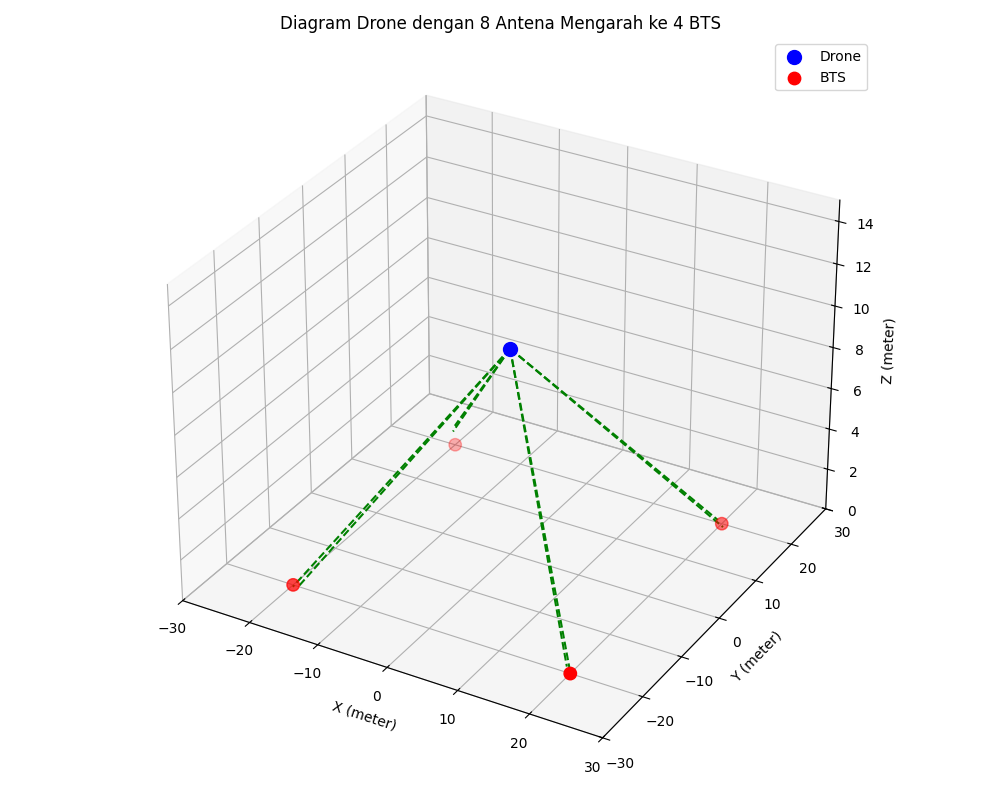
Repository: whyueko-lab/smart-energy-dashboard
Script's output: python bts.py
These files come from the project's save history. The script's output is drawn as it stood at one moment and after the next save; the edit follows.
Random numbers start from a fixed seed.

Above is the script's output before, as saved 2025-06-30 16:37:02.

### bts.py
import matplotlib.pyplot as plt
from mpl_toolkits.mplot3d import Axes3D
import numpy as np

# Inisialisasi figure 3D
fig = plt.figure(figsize=(10, 8))
ax = fig.add_subplot(111, projection='3d')

# Titik posisi drone
drone_pos = np.array([0, 0, 10])
ax.scatter(*drone_pos, color='blue', s=100, label='Drone')

# Posisi BTS di tanah (z = 0)
bts_positions = np.array([
    [-20, -20, 0],  # BTS 1
    [20, -20, 0],   # BTS 2
    [20, 20, 0],    # BTS 3
    [-20, 20, 0]    # BTS 4
])
ax.scatter(bts_positions[:,0], bts_positions[:,1], bts_positions[:,2], color='red', s=80, label='BTS')

# Gambar 8 antena mengarah ke 4 BTS (2 antena per BTS)
for i, bts in enumerate(bts_positions):
    for j in range(2):  # Dua antena per BTS
        offset = np.random.normal(scale=0.5, size=3)  # Sedikit variasi arah antena
        end_point = bts + offset
        ax.plot(
            [drone_pos[0], end_point[0]],
            [drone_pos[1], end_point[1]],
            [drone_pos[2], end_point[2]],
            color='green', linestyle='--'
        )

# Tambahkan label dan styling
ax.set_title('Diagram Drone dengan 8 Antena Mengarah ke 4 BTS')
ax.set_xlabel('X (meter)')
ax.set_ylabel('Y (meter)')
ax.set_zlabel('Z (meter)')
ax.legend()

# Batas sumbu
ax.set_xlim(-30, 30)
ax.set_ylim(-30, 30)
ax.set_zlim(0, 15)

plt.tight_layout()
plt.show()

After the next save:
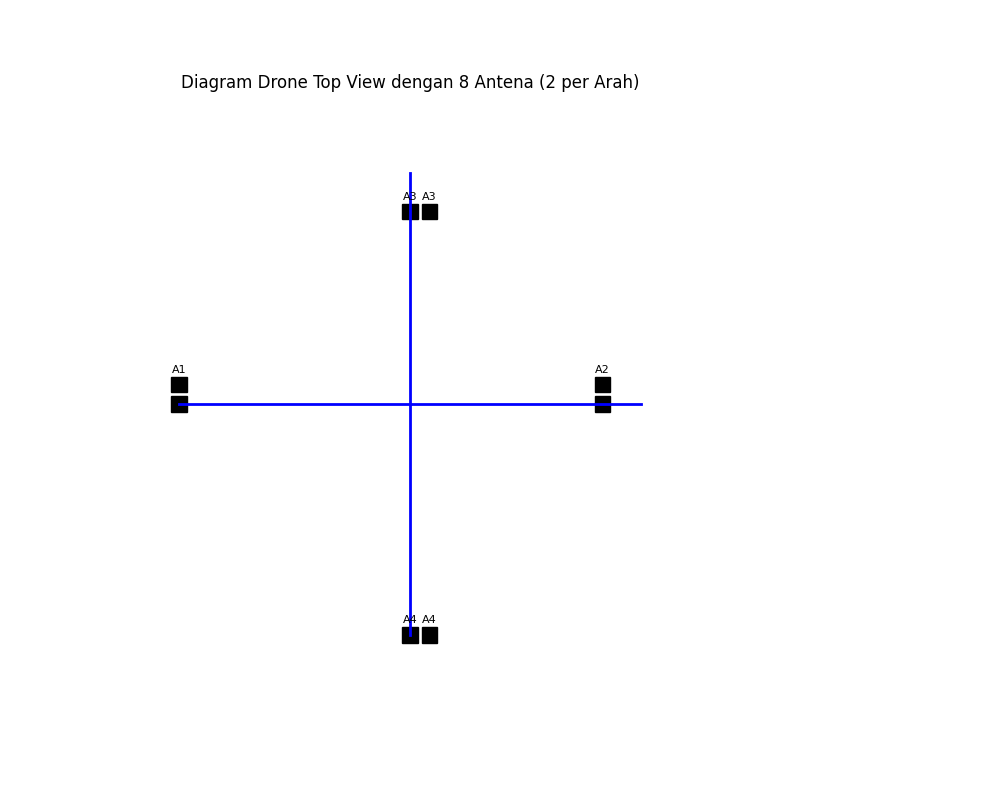
Saved 2 min 24 s later.
--- a/bts.py
+++ b/bts.py
@@ -1,47 +1,38 @@
 import matplotlib.pyplot as plt
-from mpl_toolkits.mplot3d import Axes3D
-import numpy as np
 
-# Inisialisasi figure 3D
-fig = plt.figure(figsize=(10, 8))
-ax = fig.add_subplot(111, projection='3d')
+# Inisialisasi plot
+fig, ax = plt.subplots(figsize=(8, 8))
 
-# Titik posisi drone
-drone_pos = np.array([0, 0, 10])
-ax.scatter(*drone_pos, color='blue', s=100, label='Drone')
+# Gambar garis sumbu drone (bentuk salib)
+drone_length = 6
+drone_width = 2
 
-# Posisi BTS di tanah (z = 0)
-bts_positions = np.array([
-    [-20, -20, 0],  # BTS 1
-    [20, -20, 0],   # BTS 2
-    [20, 20, 0],    # BTS 3
-    [-20, 20, 0]    # BTS 4
-])
-ax.scatter(bts_positions[:,0], bts_positions[:,1], bts_positions[:,2], color='red', s=80, label='BTS')
+# Garis horizontal (sayap)
+ax.plot([-drone_length, drone_length], [0, 0], 'b', linewidth=2)
+# Garis vertikal (badan drone)
+ax.plot([0, 0], [-drone_length, drone_length], 'b', linewidth=2)
 
-# Gambar 8 antena mengarah ke 4 BTS (2 antena per BTS)
-for i, bts in enumerate(bts_positions):
-    for j in range(2):  # Dua antena per BTS
-        offset = np.random.normal(scale=0.5, size=3)  # Sedikit variasi arah antena
-        end_point = bts + offset
-        ax.plot(
-            [drone_pos[0], end_point[0]],
-            [drone_pos[1], end_point[1]],
-            [drone_pos[2], end_point[2]],
-            color='green', linestyle='--'
-        )
+# Fungsi untuk menggambar dua antena di setiap arah
+def draw_antennas(x_base, y_base, dx, dy, label=None):
+    spacing = 0.5
+    for i in range(2):
+        x = x_base + i * spacing * dx
+        y = y_base + i * spacing * dy
+        ax.add_patch(plt.Rectangle((x-0.2, y-0.2), 0.4, 0.4, color='black'))
+        if label:
+            ax.text(x, y + 0.3, label, fontsize=8, ha='center')
 
-# Tambahkan label dan styling
-ax.set_title('Diagram Drone dengan 8 Antena Mengarah ke 4 BTS')
-ax.set_xlabel('X (meter)')
-ax.set_ylabel('Y (meter)')
-ax.set_zlabel('Z (meter)')
-ax.legend()
+# Gambar antena di keempat sisi
+draw_antennas(-drone_length, 0, 0, 1, label="A1")  # Kiri
+draw_antennas(drone_length - 1.0, 0, 0, 1, label="A2")  # Kanan
+draw_antennas(0, drone_length - 1.0, 1, 0, label="A3")  # Atas
+draw_antennas(0, -drone_length, 1, 0, label="A4")  # Bawah
 
-# Batas sumbu
-ax.set_xlim(-30, 30)
-ax.set_ylim(-30, 30)
-ax.set_zlim(0, 15)
+# Set skala dan gaya
+ax.set_xlim(-8, 8)
+ax.set_ylim(-8, 8)
+ax.set_aspect('equal')
+ax.set_title('Diagram Drone Top View dengan 8 Antena (2 per Arah)')
+ax.axis('off')  # Hilangkan sumbu
 
-plt.tight_layout()
 plt.show()
